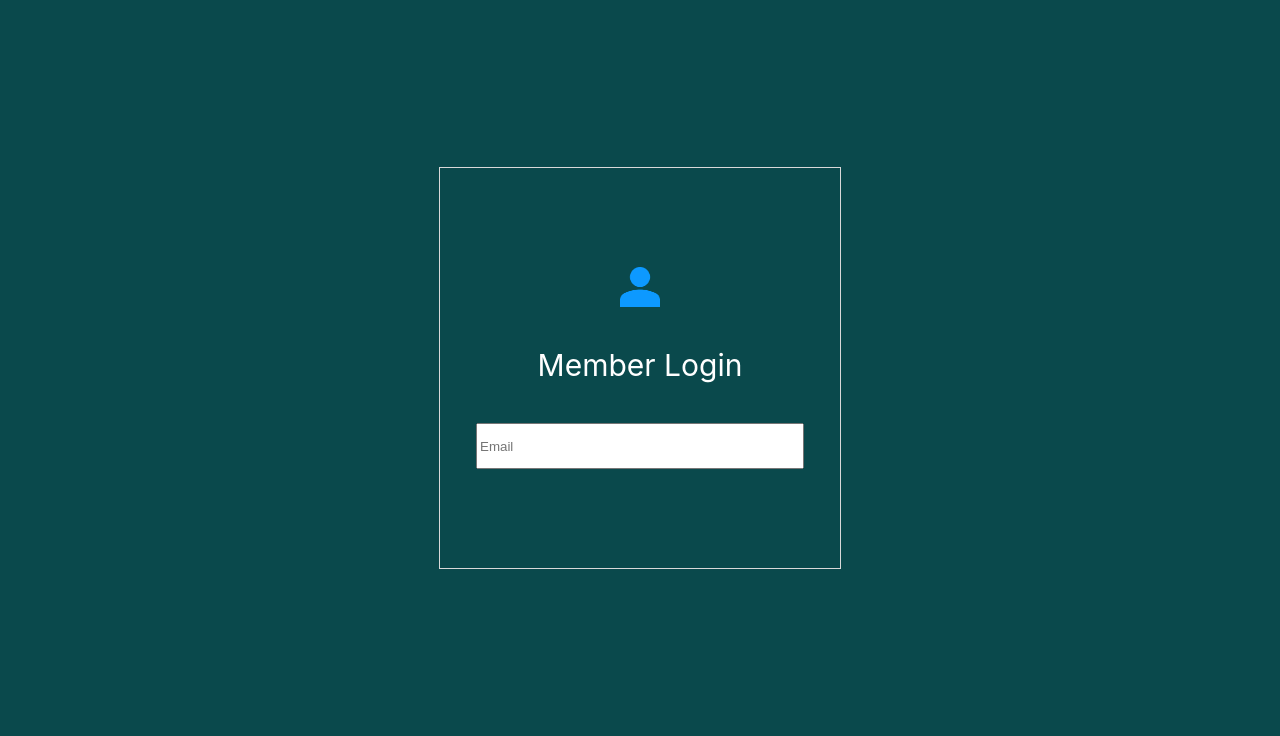
Repository: sheddy1/peter1
Page: work2.html
These files come from the project's save history. The page is drawn as it stood at one moment and after the next save; the edit follows.
The browser window is 1280 px wide. The pictures show the whole page.

Above is the page before, as saved 2025-11-08 15:39:14.

### work2.html
<!DOCTYPE html>
<html lang="en">
<head>
    <meta charset="UTF-8">
    <meta name="viewport" content="width=device-width, initial-scale=1.0">
    <title>peters work1</title>
    <link rel="stylesheet" href="work2.css">
    <style>

    </style>
</head>
<body>
    <div class="login-box">
        <img src="Vector.png" alt="" class="vector">

        <p class="mem">Member Login</p>

        <input type="text" class="text1" placeholder="Email">
    </div>
</body>
</html>

### work2.css
body {
    background-color: #0A494C;
    display: flex;
    justify-content: center;
    align-items: center;
    min-height: 100vh;
}

.login-box {
    border: 1px solid #D9D9D9;
    width: 400px;
    height: 400px;
    display: flex;
    justify-content: center;
    align-items: center;
    flex-direction: column;
    gap: 10px;
}

.vector{
    height: 40px;
    width: 40px;
}

.mem{
    color: #FFFFFF;
    font-family: inter;
    font-size: 30px;
    ;
}

.text1{
    width: 80%;
    height: 40px;
    color: #1E1E1E;
}

After the next save:
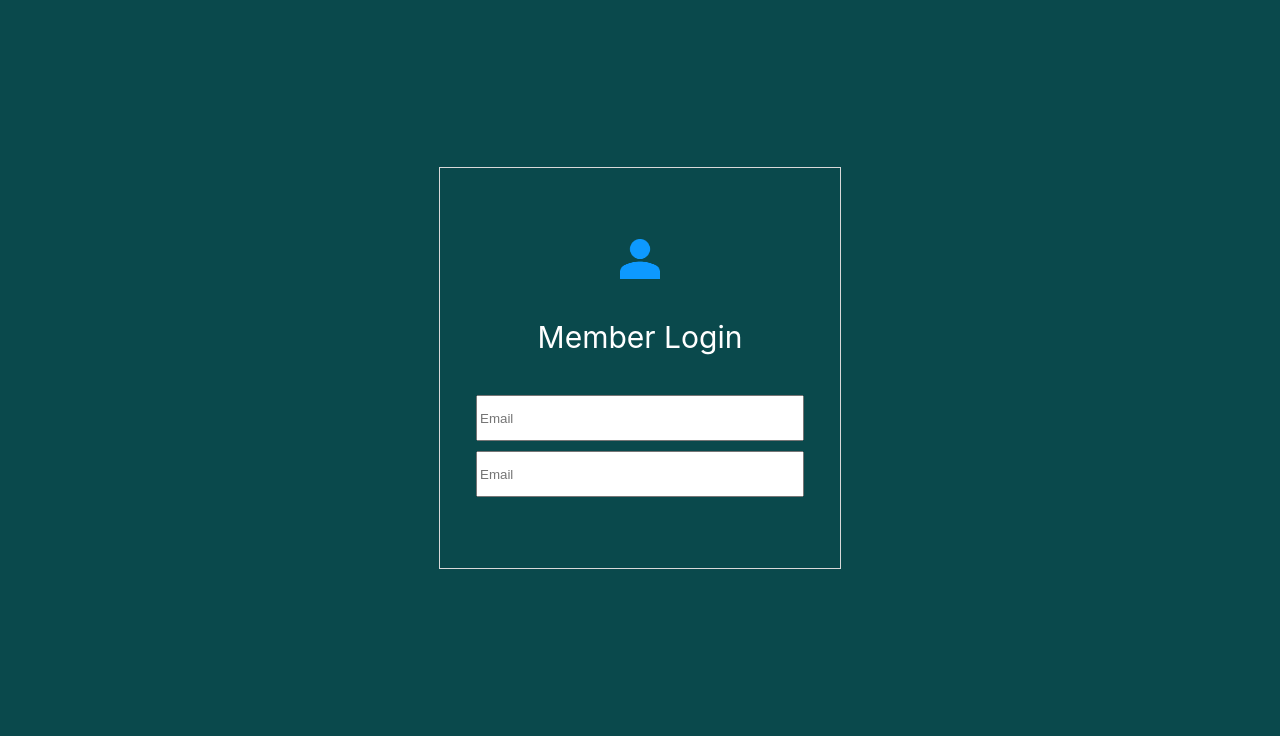
Saved 23 s later.
--- a/work2.html
+++ b/work2.html
@@ -16,6 +16,8 @@
         <p class="mem">Member Login</p>
 
         <input type="text" class="text1" placeholder="Email">
+
+        <input type="password" class="text1" placeholder="Email">
     </div>
 </body>
 </html>
